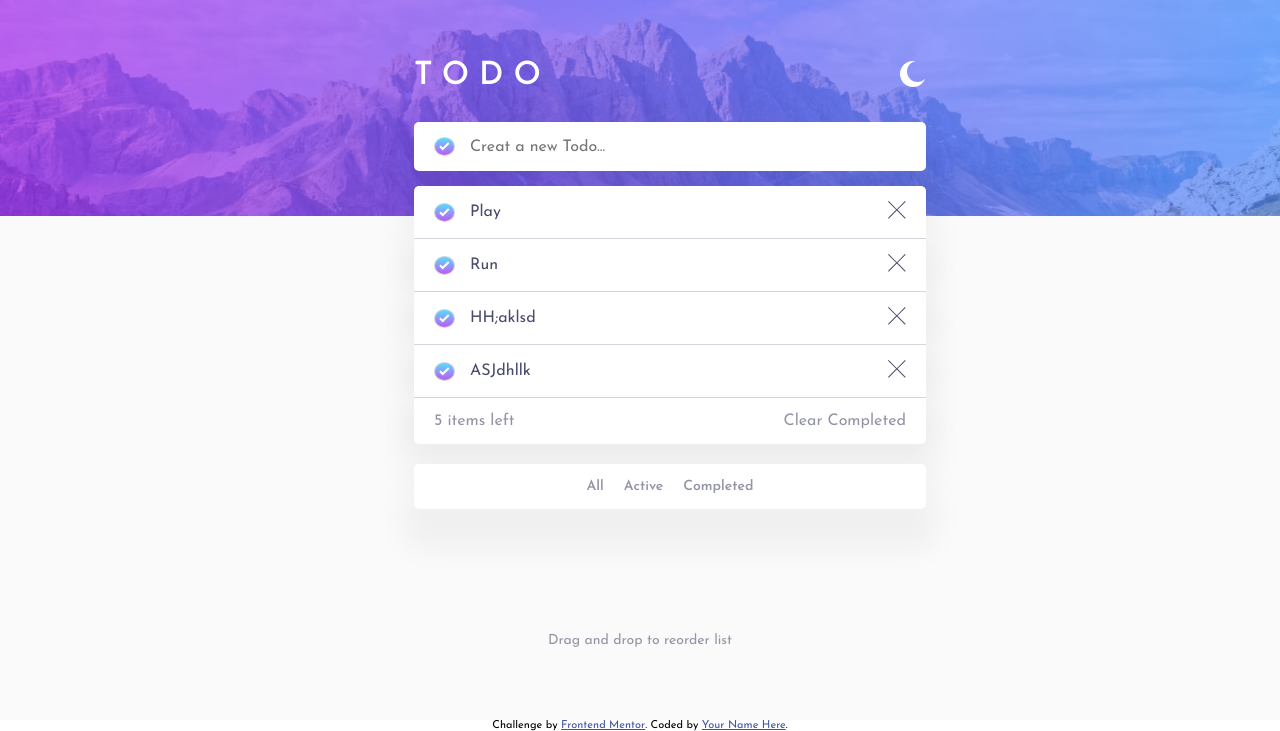
Repository: Baraajad231/Todo-app
Page: /
These files come from the project's save history. The page is drawn as it stood at one moment and after the next save; the edit follows.
The browser window is 1280 px wide. The pictures show the whole page.
The project was rebuilt for these pictures with package versions that can differ from the ones it lists, and the page was loaded fresh each time. Also part of the build but not shown: vite.config.js.

Above is the page before, as saved 2025-12-30 13:41:21.

After the next save:
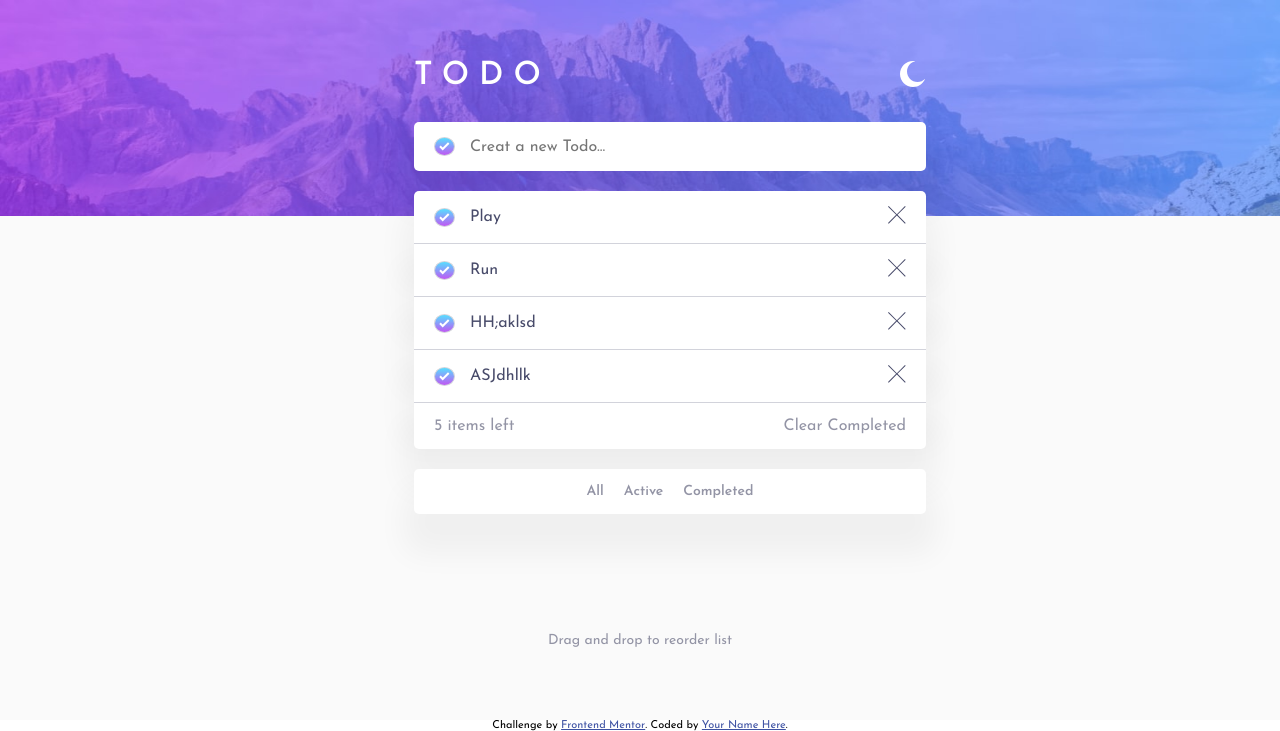
Saved 2 min 0 s later.
--- a/styles/style.scss
+++ b/styles/style.scss
@@ -164,6 +164,9 @@ body {
       &-input {
         margin-bottom: 1.5rem;
 
+        @media (min-width: 769px) {
+          margin-bottom: 2rem;
+        }
         & .todo__list__input {
           border: none;
           background-color: transparent;
